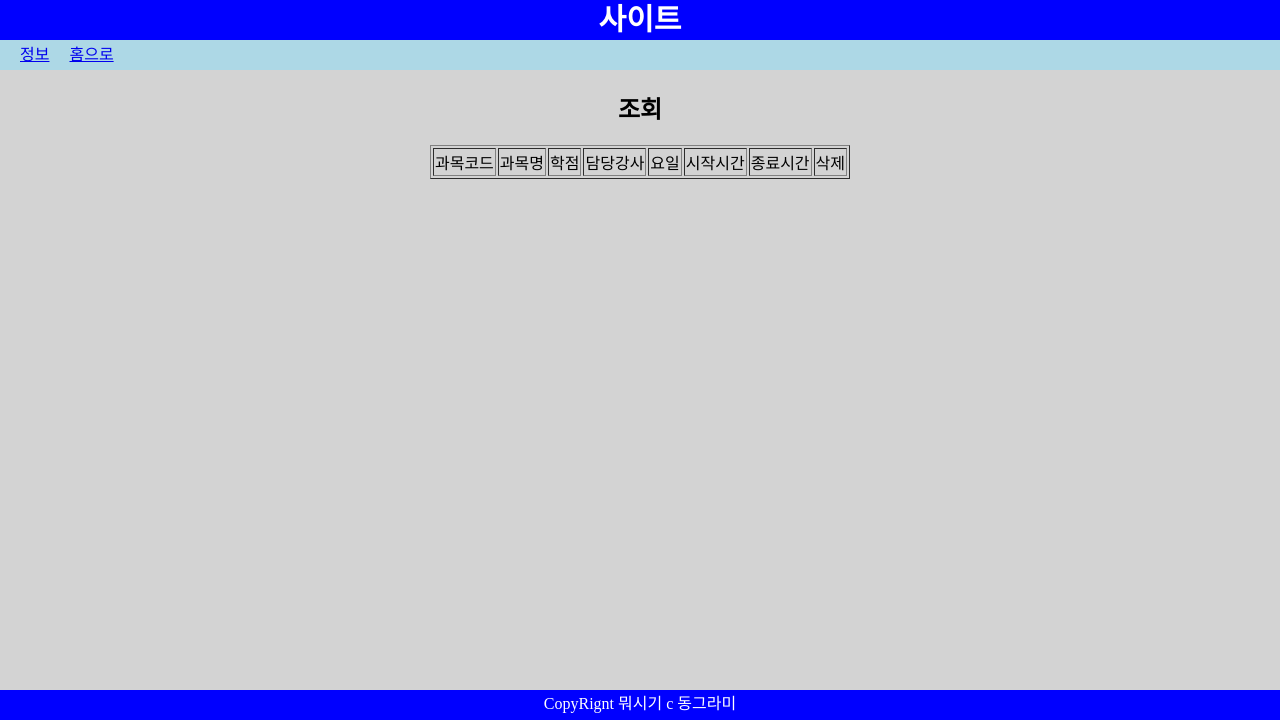
Repository: ImGaram/til
Page: http://localhost/practice/soqn/list.jsp
An editor plug-in stored every save of this project. The page is shown before and after the next save, followed by the edit.
The browser window is 1280 px wide. The pictures show the whole page.
The page is served by Tomcat 9. Queries for data that is not in the repository find no rows.

Above is the page before, as saved 2022-06-28 13:26:41.

After the next save:
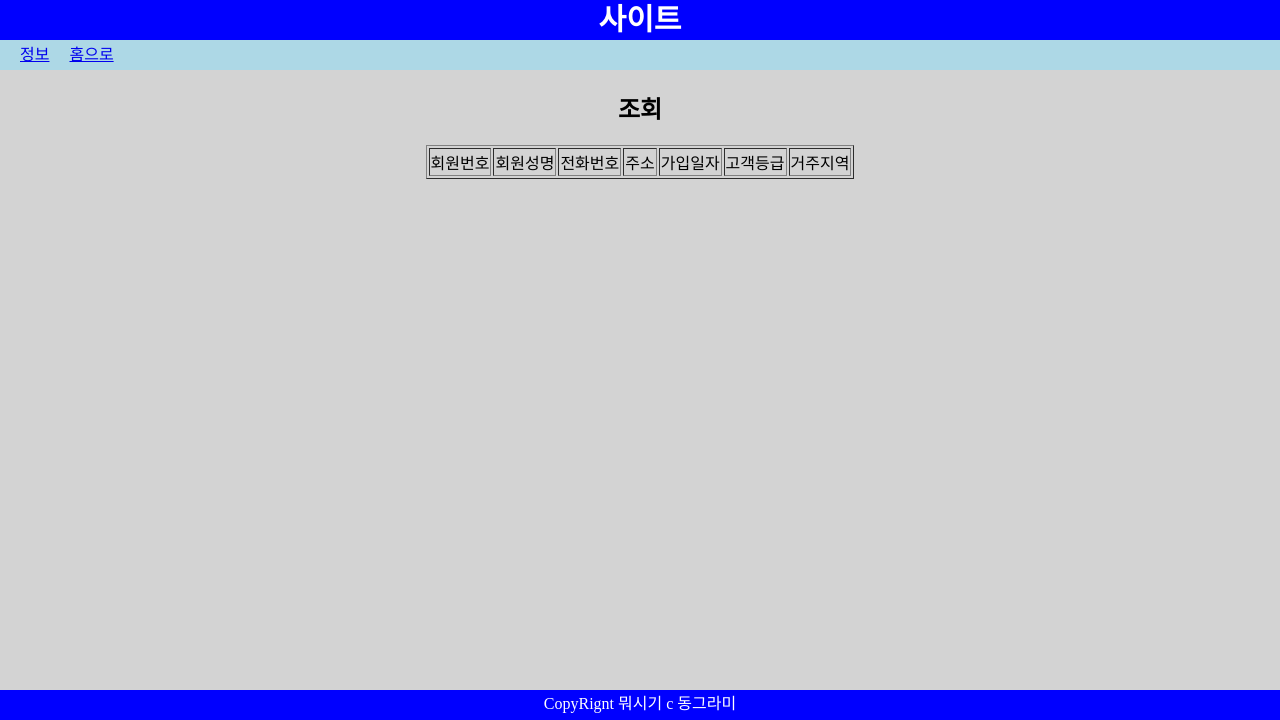
Saved 76 s later.
--- a/2학년 jsp(화면구현)/practice/src/main/webapp/soqn/list.jsp
+++ b/2학년 jsp(화면구현)/practice/src/main/webapp/soqn/list.jsp
@@ -16,15 +16,15 @@
 <h2 style="text-align:center">조회</h2>
 <form style="display:flex; justify-content: center; text-align:center;">
 <table border="1">
+
 <tr>
-	<td>과목코드</td>
-	<td>과목명</td>
-	<td>학점</td>
-	<td>담당강사</td>
-	<td>요일</td>
-	<td>시작시간</td>
-	<td>종료시간</td>
-	<td>삭제</td>
+	<td>회원번호 </td>
+	<td>회원성명</td>
+	<td>전화번호</td>
+	<td>주소</td>
+	<td>가입일자</td>
+	<td>고객등급</td>
+	<td>거주지역</td>
 </tr>
 <%
 request.setCharacterEncoding("utf-8");
